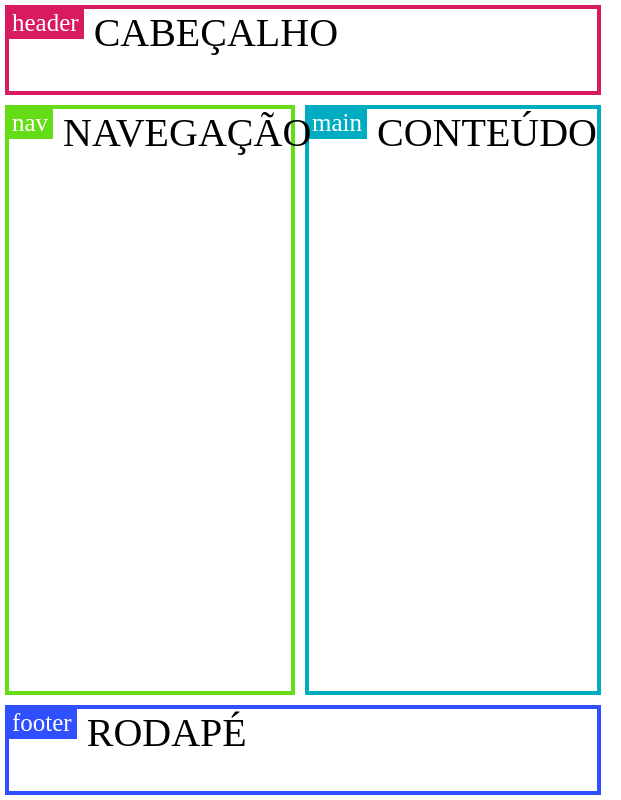
Repository: eversonps/flexbox-grid-css
Page: grid/cssgrid3.html
An editor plug-in stored every save of this project. The page is shown before and after the next save, followed by the edit.
The browser window is 600 px wide. The page is 601 px wide, then 621 px, so the pictures cover 621 px, including what lies to the right of the window. The pictures show the whole page.

Above is the page before, as saved 2022-03-23 17:00:42.

### grid/cssgrid3.html
<!DOCTYPE html>
<html>

<head>
    <meta charset="UTF-8">
    <title>CSS Grid #03</title>
    <link rel="stylesheet" href="css/tag.css">
    <style>
        * {
            padding: 0;
            margin: 0;
        }

        header {
            grid-area: cabecalho;
        }

        nav {
            grid-area: navegacao;
        }

        main {
            grid-area: conteudo;
        }

        footer {
            grid-area: rodape;
        }

        body{
            display: grid;
            min-height: 100vh;
            grid-template-columns: 300px 1fr;
            grid-template-rows: 100px 1fr 100px;
            grid-template-areas:
            "cabecalho cabecalho"
            "navegacao conteudo"
            "rodape rodape";
        }

        @media(max-width: 700px){
            body{
                grid-template-columns: ;
            }
        }
    </style>
</head>

<body>
    <main class="tag">CONTEÚDO</main>
    <header class="tag">CABEÇALHO</header>
    <footer class="tag">RODAPÉ</footer>
    <nav class="tag">NAVEGAÇÃO</nav>

    <script src="js/tag.js"></script>
</body>

</html>

### grid/js/tag.js
const colors = {
    p: '#388e3c',
    div: '#1565c0',
    span: '#e53935',
    section: '#f67809',
    ul: '#5e35b1',
    ol: '#fbc02d',
    header: '#d81b60',
    nav: '#64dd17',
    main: '#00acc1',
    footer: '#304ffe',
    form: '#9f6581',
    body: '#25b6da',
    padrao: '#616161',
    get(tag) {
        return this[tag] ? this[tag] : this.padrao
    }
}

document.querySelectorAll('.tag').forEach(elemento => {
    const tagName = elemento.tagName.toLowerCase()

    elemento.style.borderColor = colors.get(tagName)

    if (!elemento.classList.contains('nolabel')) {
        const label = document.createElement('label')
        label.style.backgroundColor = colors.get(tagName)
        label.innerHTML = tagName
        elemento.insertBefore(label, elemento.childNodes[0])
    }
})

Loaded but not shown: grid/css/tag.css (common file)

After the next save:
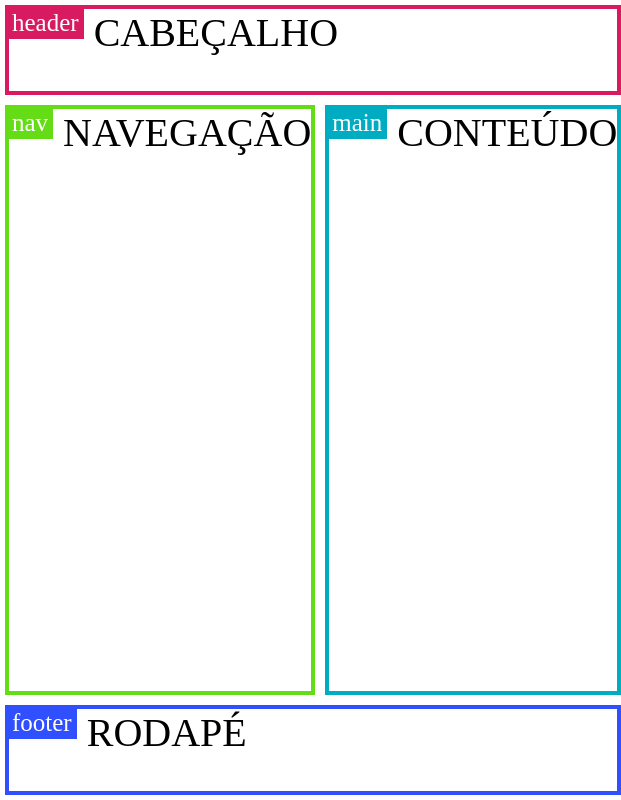
Saved 6 s later.
--- a/grid/cssgrid3.html
+++ b/grid/cssgrid3.html
@@ -40,7 +40,7 @@
 
         @media(max-width: 700px){
             body{
-                grid-template-columns: ;
+                grid-template-columns: 1fr;
             }
         }
     </style>
